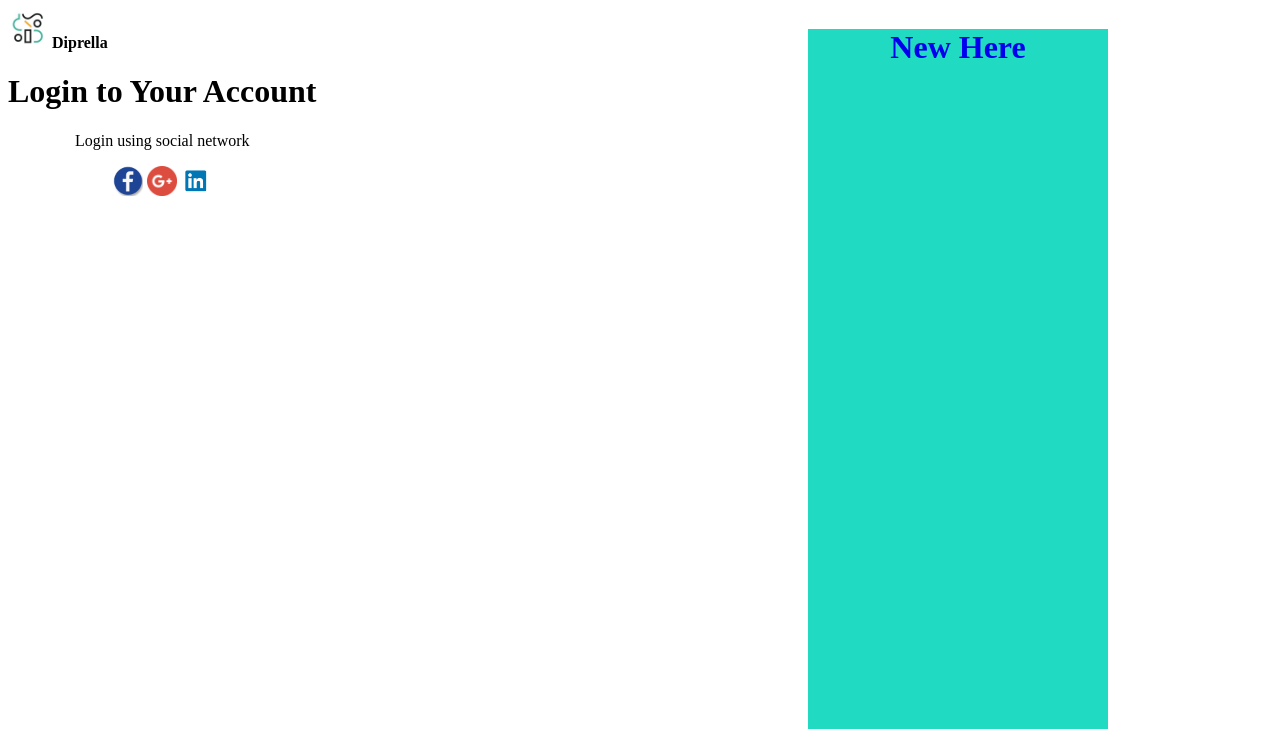
Repository: Tobby004/bdc-assignment-3
Page: task.html
The author's editor kept a copy of each file at every save. The page is drawn from the files as they stood at one save, then again after the next save.
The browser window is 1280 px wide. The pictures show the whole page.

Above is the page before, as saved 2023-02-21 09:44:19.

After the next save:
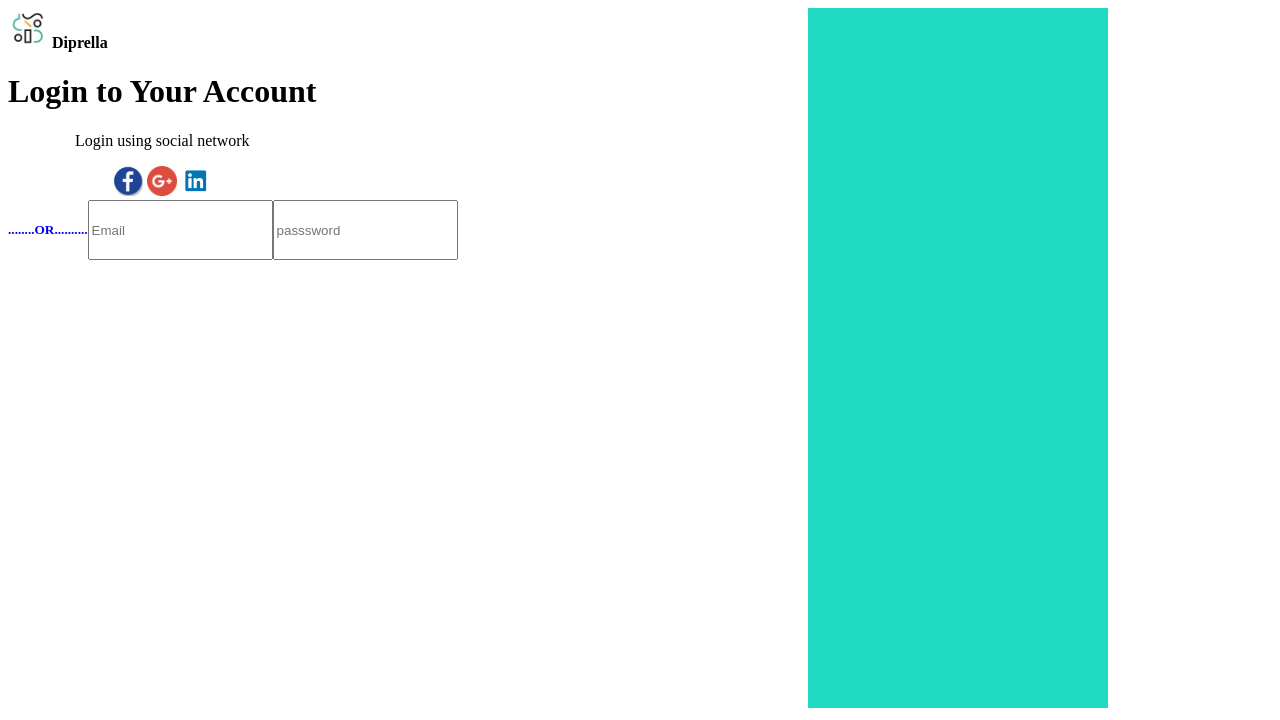
Saved 13 min 26 s later.
--- a/task.html
+++ b/task.html
@@ -19,9 +19,14 @@
             <a href="#"><img src="googe plus.png" height="30px"</a>
             <a href="#"><img src="linkedin.png" height="30px"</a>
            </div>
+           <div class="form-input">
+            <h5>........OR..........</h5>
+            <input class="text" placeholder="Email">
+            <input class="Password" placeholder="passsword">
+           </div>
         </div>
         <div class="box2">
-            <h1>New Here</h1>
+
 
         </div>
 
--- a/task.css
+++ b/task.css
@@ -17,12 +17,7 @@
     height: 700px;
     width: 300px;
 }
-h1{
-    margin-left: auto;
-    margin-right: auto;
-    text-align: center;
 
-}
 p {
     text-align: center;
 }
@@ -32,3 +27,7 @@ div .logo {
 div a{
     text-decoration: none;
 }
+.form-input{
+    display: flex;
+    width: 40px;
+}
